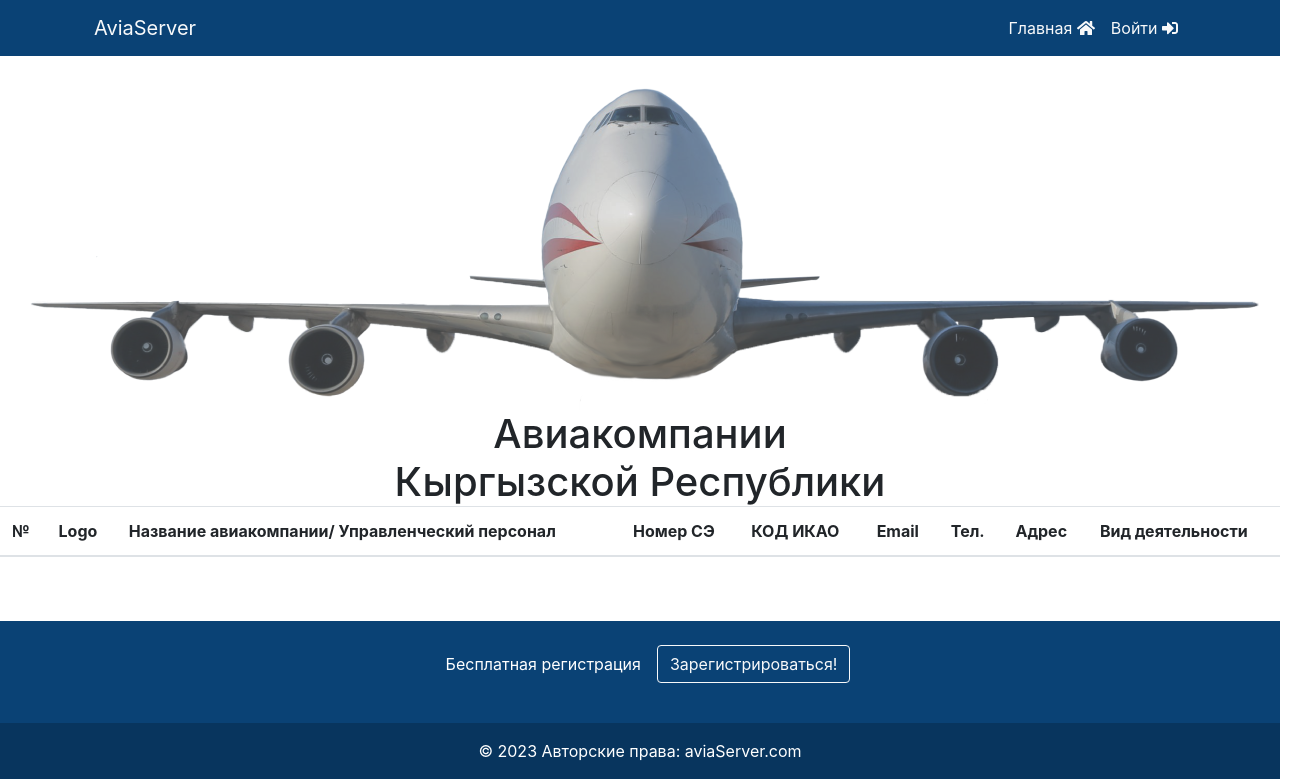
Repository: sulimonn/aviaServer
Page: products/templates/products/index.html
The author's editor kept a copy of each file at every save. The page is drawn from the files as they stood at one save, then again after the next save.
The browser window is 1280 px wide. The page is 1295 px wide, then 1296 px, then 1295 px, so the pictures cover 1296 px, including what lies to the right of the window. The pictures show the whole page.
Some web libraries are served in a nearby version. The template is drawn by Django 4.2. The application's start-up code is not run. Other server files are loaded and not shown. The template is opened directly, without the code that normally fills it, so the values that code supplies are empty.

Above is the page before, as saved 2023-08-14 20:08:52.

### products/templates/products/index.html
{% extends 'products/base.html' %}
{% load static %}
{% block css %}
    <link href="{% static 'css/index.css' %}" rel="stylesheet"/>
{% endblock %}

{% block content  %}
<br><br>

<div class="d-flex">
    <img class="m-auto" src="/media/img/carusel.png">
</div>
<div class="d-flex">
    <h1 align="center" class="m-auto">Авиакомпании <br> Кыргызской Республики</h1>
</div>
<table class="table">
  <thead>
    <tr>
      <th scope="col">№</th>
      <th scope="col">Logo</th>
      <th scope="col">Название авиакомпании/
Управленческий  персонал</th>
      <th scope="col">Номер СЭ</th>
      <th scope="col">КОД ИКАО</th>
      <th scope="col">Email</th>
      <th scope="col">Тел.</th>
      <th scope="col">Адрес</th>
      <th scope="col">Вид деятельности</th>
    </tr>
  </thead>
    {% for company in companies %}


  <tbody>
    <tr>
      <th scope="row">{{ company.id }}</th>
      <td><img class="card-img-top" src="/media/{{ company.image }}" ></td>
      <td>{{ company.name }}</td>
      <td>{{ company.number }}</td>
      <td>{{ company.code }}</td>
      <td>{{ company.email }}</td>
      <td>{{ company.phone1 }} {{ company.phone2 }}</td>
      <td>{{ company.address }}</td>
      <td>{{ company.kind_of_activity }}</td>
    </tr>

  </tbody>
    {% endfor %}
</table>


{% endblock %}

### products/templates/products/base.html
{% load static %}
<!DOCTYPE html>
<html lang="en">

<head>

    <meta charset="utf-8">
    <meta name="viewport" content="width=device-width, initial-scale=1, shrink-to-fit=no">
    <meta name="description" content="">
    <meta name="author" content="">

    <title>{{ title | title }}</title>

    <!-- Bootstrap core CSS -->
    <link href="{% static 'vendor/bootstrap/css/bootstrap.min.css' %}" rel="stylesheet">
    <link href="{% static 'css/auth.css' %}" rel="stylesheet"/>

    <script src="https://cdnjs.cloudflare.com/ajax/libs/font-awesome/5.15.1/js/all.min.js"
            crossorigin="anonymous"></script>
    <!-- Custom styles for this template -->
</head>

<body>

<!-- Navigation -->
<nav class="navbar navbar-expand-lg fixed-top" style="background-color: #0a4275;">
    <div class="container text-light">
        <a class="navbar-brand text-light" href="index.html">AviaServer</a>
        <button class="navbar-toggler" type="button" data-toggle="collapse" data-target="#navbarResponsive"
                aria-controls="navbarResponsive" aria-expanded="false" aria-label="Toggle navigation">
            <span class="navbar-toggler-icon"></span>
        </button>
        <div class="collapse navbar-collapse" id="navbarResponsive">
            <ul class="navbar-nav ml-auto">
                <li class="nav-item">
                    <a class="nav-link text-light" href="#">Главная <i class="fas fa-home"></i> </a>
                </li>
                {% if user.is_authenticated %}
                <li class="nav-item">
                    <a class="nav-link text-light" href="{% url 'users:profile' %}">{{ user.username }} <i class="fas fa-user-circle"></i>
                    </a>
                </li>
               <li class="nav-item">
                    <a class="nav-link text-light" href="{% url 'users:logout' %}">Выйти <i class="fas fa-sign-out-alt"></i></a>
                </li>

                {% else %}
                <li class="nav-item">
                    <a class="nav-link text-light" href="{% url 'users:login' %}">Войти <i class="fas fa-sign-in-alt"></i></a>
                </li>


                {% endif %}


            </ul>
        </div>
    </div>
</nav>
{% block content  %}
{% endblock %}
<br>
<br>
<!--footer-->
<section class="">
  <!-- Footer -->
  <footer class="text-center text-white" style="background-color: #0a4275;">
    <!-- Grid container -->
    <div class="container p-4 pb-0">
      <!-- Section: CTA -->
      <section class="">
        <p class="d-flex justify-content-center align-items-center">
          <span class="mx-3">Бесплатная регистрация</span>
          <a href="{% url 'users:register' %}" type="button" class="btn btn-outline-light btn-rounded">
            Зарегистрироваться!
          </a>
        </p>
      </section>
      <!-- Section: CTA -->
    </div>
    <!-- Grid container -->

    <!-- Copyright -->
    <div class="text-center p-3" style="background-color: rgba(0, 0, 0, 0.2);">
      © 2023 Авторские права:
      <a class="text-white" href="https://mdbootstrap.com/">aviaServer.com</a>
    </div>
    <!-- Copyright -->
  </footer>
  <!-- Footer -->
</section>


<!-- Bootstrap core JavaScript -->
<script src="{% static 'vendor/jquery/jquery.min.js' %}"></script>
<script src="{% static 'vendor/bootstrap/js/bootstrap.bundle.min.js' %}"></script>

<!-- FontAwesome script -->
<script src="{% static 'vendor/fontawesome/fontawesome-icons.js' %}" crossorigin="anonymous"></script>

</body>

</html>

Loaded but not shown: static/css/auth.css (library)

After the next save:
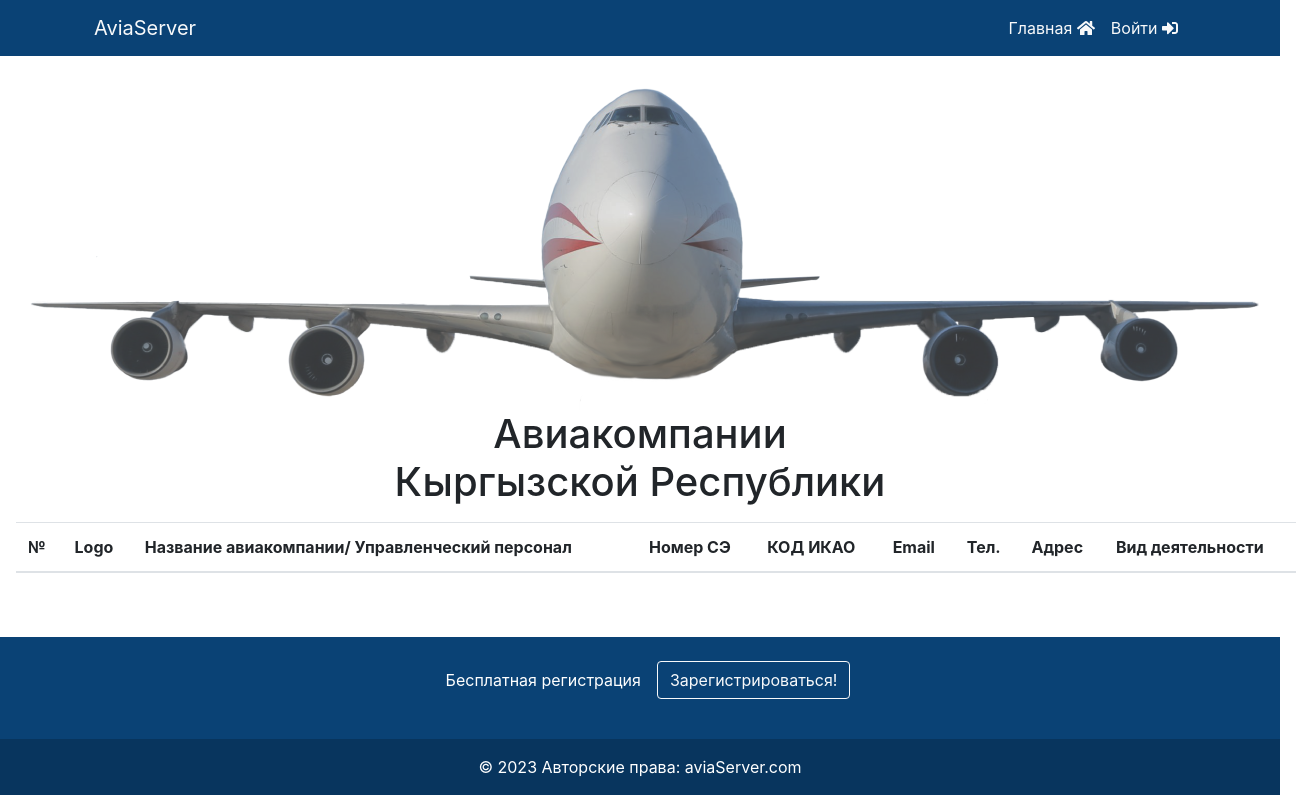
Saved 12 min 30 s later.
--- a/products/templates/products/index.html
+++ b/products/templates/products/index.html
@@ -13,7 +13,7 @@
 <div class="d-flex">
     <h1 align="center" class="m-auto">Авиакомпании <br> Кыргызской Республики</h1>
 </div>
-<table class="table">
+<table class="table m-3">
   <thead>
     <tr>
       <th scope="col">№</th>

After the save that followed:
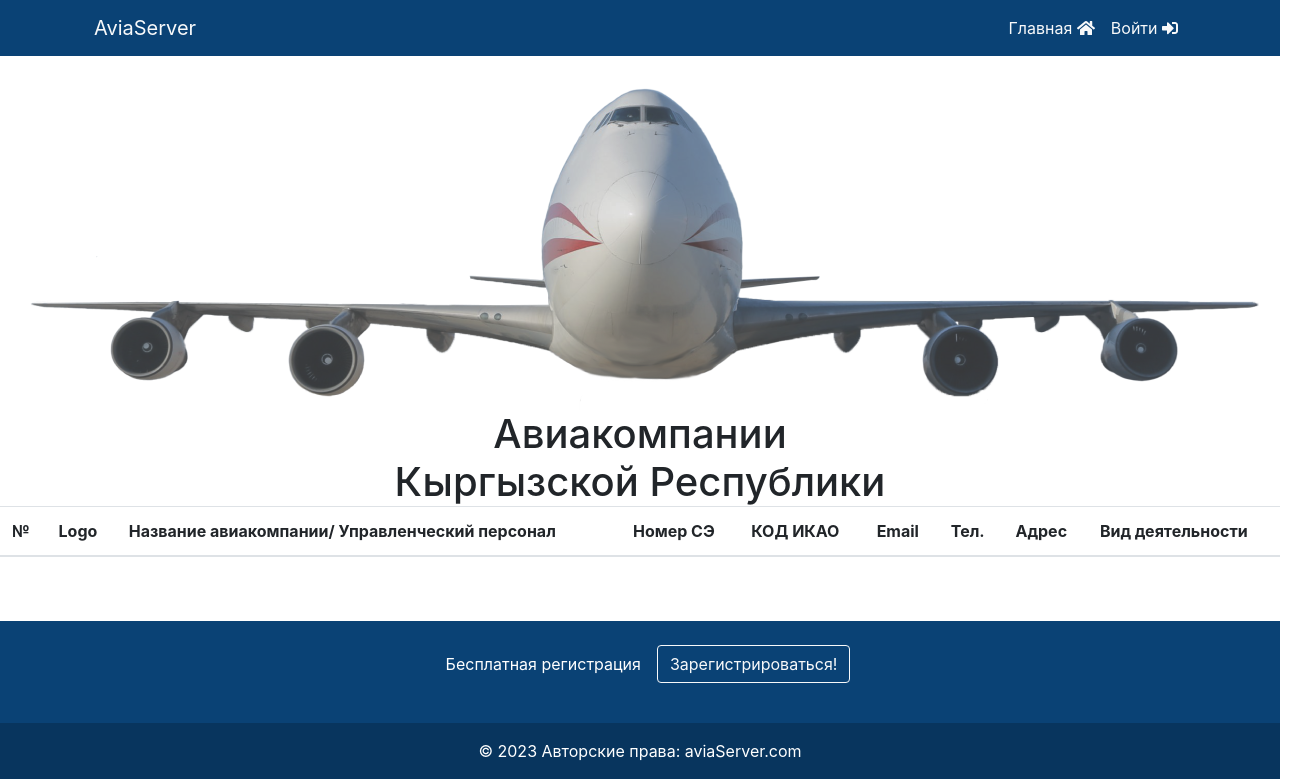
Saved 36 s later.
--- a/products/templates/products/index.html
+++ b/products/templates/products/index.html
@@ -13,7 +13,7 @@
 <div class="d-flex">
     <h1 align="center" class="m-auto">Авиакомпании <br> Кыргызской Республики</h1>
 </div>
-<table class="table m-3">
+<table class="table p-5">
   <thead>
     <tr>
       <th scope="col">№</th>
